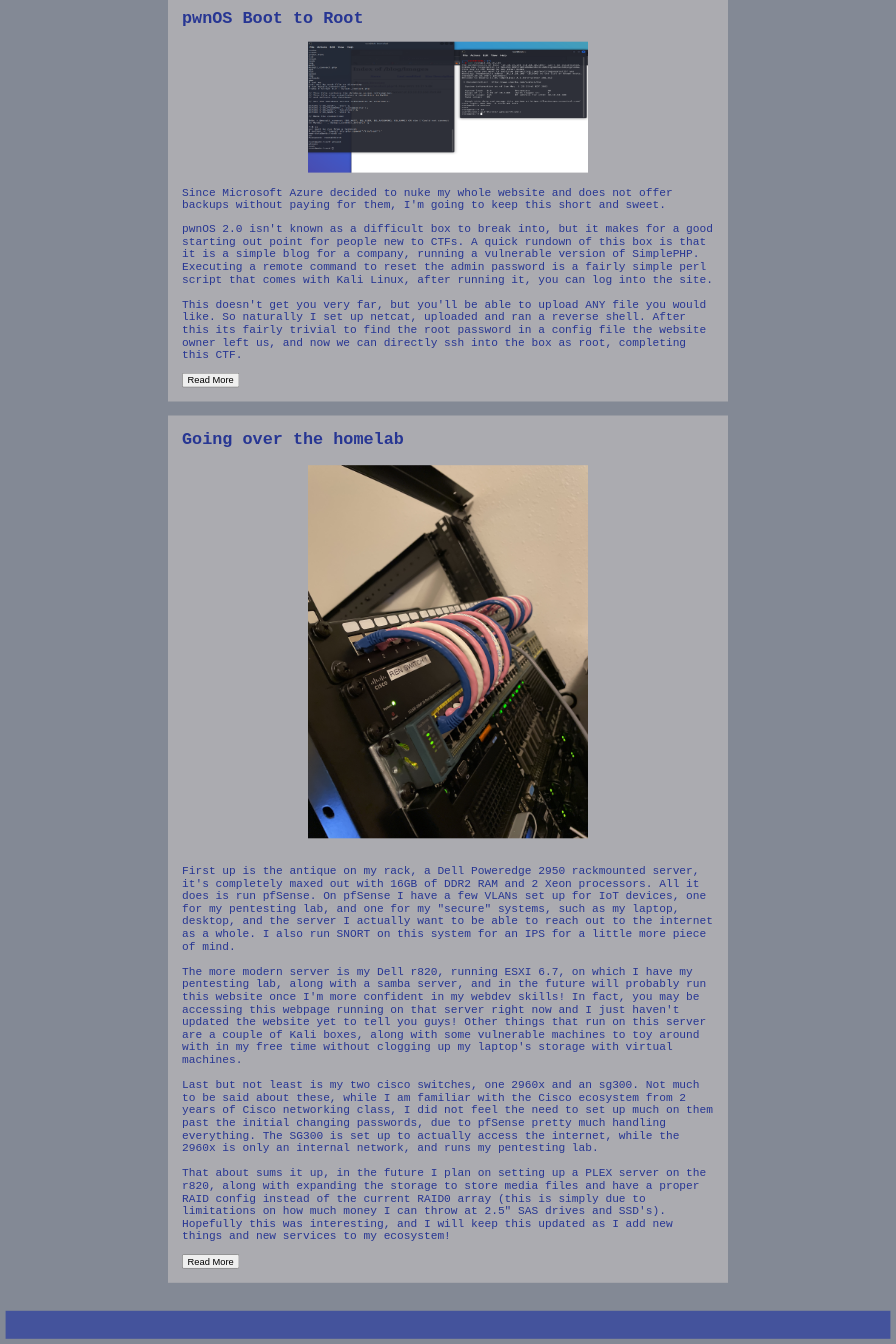
Repository: RennarDeer/RenDev
Page: index.html
These files come from the project's save history. The page is drawn as it stood at one moment and after the next save; the edit follows.
The browser window is 1280 px wide. The pictures show the part of the page from y = 1022 to 2942 px (the page is 2942 px tall before and 2402 px after), at 70% of full size.

Above is the page before, as saved 2023-03-08 10:34:47.

After the next save:
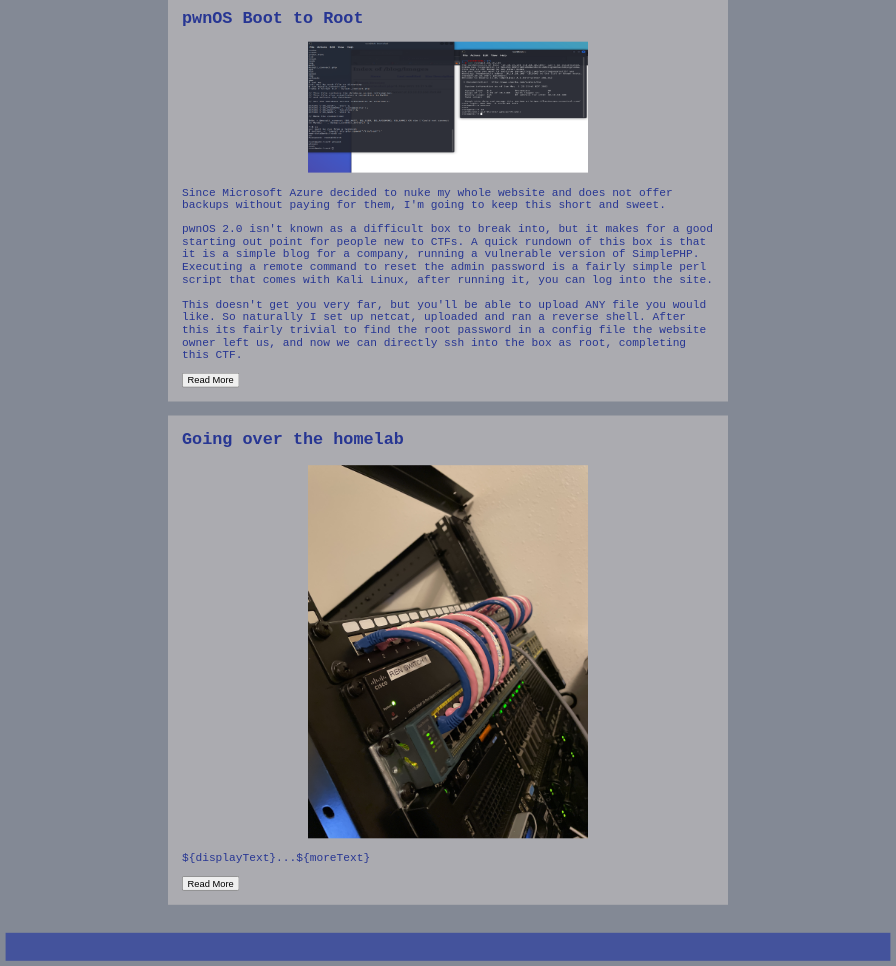
Saved 3 min 51 s later.
--- a/script.js
+++ b/script.js
@@ -12,6 +12,7 @@
         (0,noOfCharac);
         let moreText = content.textContent.slice
         (noOfCharac);
-        console.log(displayText);
+        content.innerHTML = '${displayText}<span class="dots">...</span><span class="hide more">${moreText}</span>';
+
     }
 });
